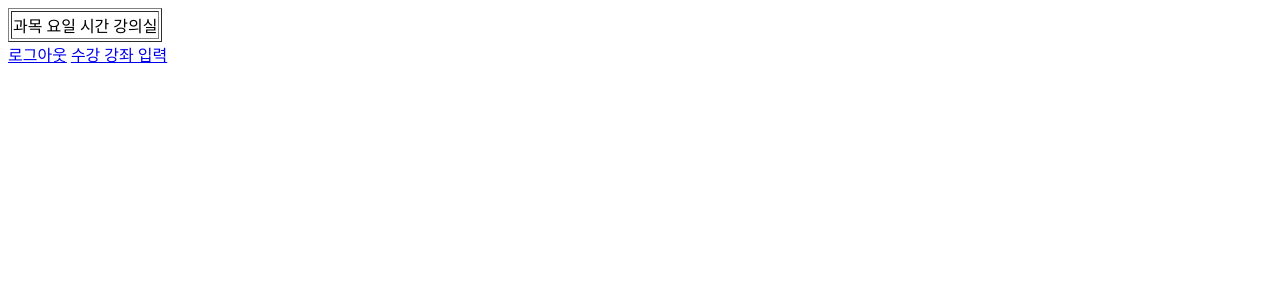
Repository: wake45/Web_Programming_Project
Page: http://localhost/WebP/class.jsp
The author's editor kept a copy of each file at every save. The page is drawn from the files as they stood at one save, then again after the next save.
The browser window is 1280 px wide. The pictures show the whole page.
The page is served by Tomcat 9. Queries for data that is not in the repository find no rows.

Above is the page before, as saved 2018-06-15 05:11:22.

After the next save:
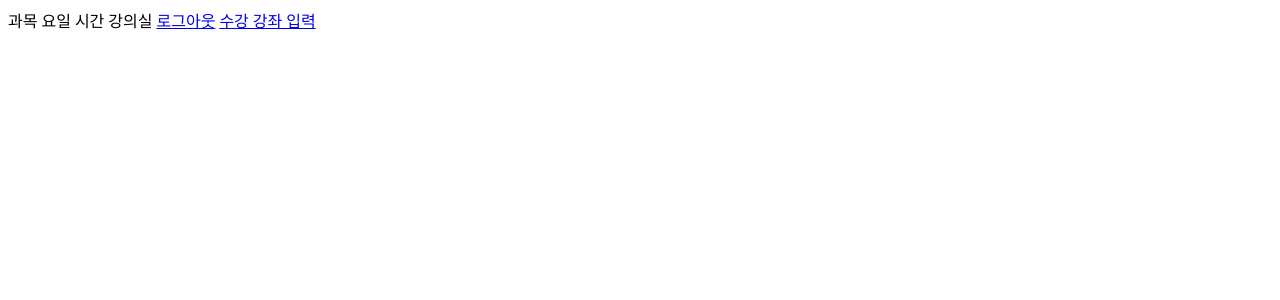
Saved 6 min 10 s later.
--- a/Web_기말프로젝트_20145150_이상욱/WebP/WebContent/class.jsp
+++ b/Web_기말프로젝트_20145150_이상욱/WebP/WebContent/class.jsp
@@ -10,10 +10,10 @@
 <jsp:useBean id="class_" class="classes.Info" scope="page"/>
 <jsp:useBean id="dbconnect" class="classes.DBConnection" scope="page"/>
 <jsp:setProperty name="class_" property="*"/>
-	<table border=collapse>
-		<tr>
-  			<td><% out.print("과목 요일 시간 강의실"); %>
-		<%
+
+<%
+		out.print("<tr>");
+			out.print("<td> 과목 요일 시간 강의실");
 		String JDBC_DRIVER = "com.mysql.jdbc.Driver";
 		String JDBC_URL = "jdbc:mysql://localhost:3306/class?characterEncoding=UTF-8&serverTimezone=UTC";
 		String USER = "root";
@@ -54,10 +54,10 @@
 		}
 
   		for(int j = 0 ; j < i ; j++){
-  			%>
-  			<tr>
-  				<td><%out.println(subject[j] + " " + day[j] +  " " + time[j] +  " " + classroom[j]); %>
-  		<%
+
+  			out.print("<tr>");
+  				out.print("<td>subject[j]" + " " + "day[j]" + " " + "time[j]" + " " + "classroom[j]");
+
   		}
 		%>
 		</tr>

After the save that followed:
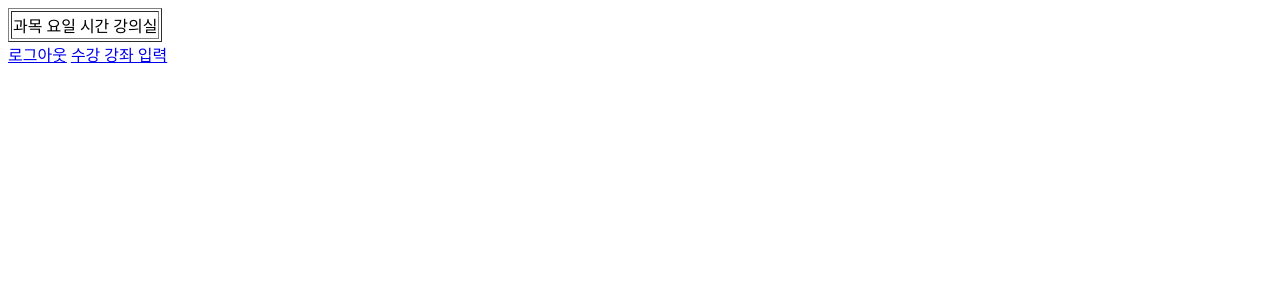
Saved 5 min 14 s later.
--- a/Web_기말프로젝트_20145150_이상욱/WebP/WebContent/class.jsp
+++ b/Web_기말프로젝트_20145150_이상욱/WebP/WebContent/class.jsp
@@ -10,6 +10,7 @@
 <jsp:useBean id="class_" class="classes.Info" scope="page"/>
 <jsp:useBean id="dbconnect" class="classes.DBConnection" scope="page"/>
 <jsp:setProperty name="class_" property="*"/>
+	<table border=collapse>
 
 <%
 		out.print("<tr>");
@@ -59,8 +60,9 @@
   				out.print("<td>subject[j]" + " " + "day[j]" + " " + "time[j]" + " " + "classroom[j]");
 
   		}
+  		out.print("</tr>");
 		%>
-		</tr>
+
 	</table>
 	<a href="logout.html">로그아웃</a>
 	<a href="insert.html">수강 강좌 입력</a>
